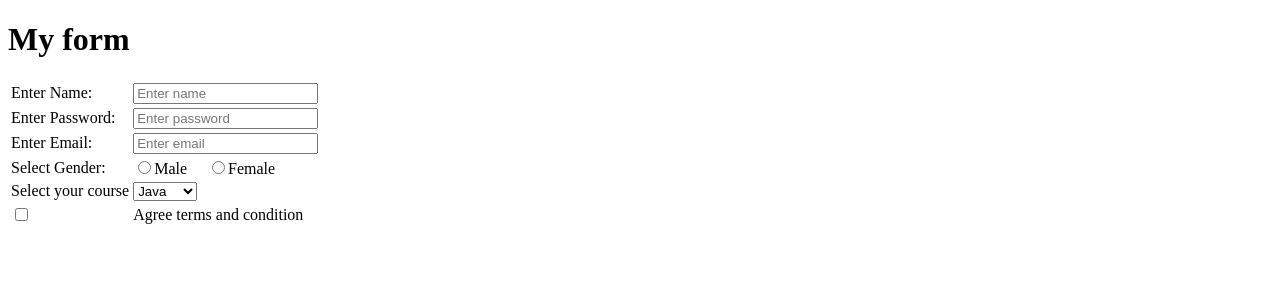
Repository: shitalshirole4044/Servlet-jsp
Page: http://localhost/test/
These files come from the project's save history. The page is drawn as it stood at one moment and after the next save; the edit follows.
The browser window is 1280 px wide. The pictures show the whole page.
The page is served by Tomcat 9. Other server files are loaded and not shown.

Above is the page before, as saved 2024-02-14 09:18:04.

### test/src/main/webapp/index.jsp
<%@ page language="java" contentType="text/html; charset=ISO-8859-1"
    pageEncoding="ISO-8859-1"%>
<!DOCTYPE html>
<html>
<head>
<meta charset="ISO-8859-1">
<title>Insert title here</title>
</head>
<body>
<div class="container">
<h1>My form</h1>
<form action="RegisteredServlet" method="post">
<table>
<tr>
<td>Enter Name:</td>
<td><input type="text" name="user_name" placeholder="Enter name"></td>
</tr>
<tr>
<td>Enter Password:</td>
<td><input type="password" name="password" placeholder="Enter password"></td>
</tr>
<tr>
<td>Enter Email:</td>
<td><input type="email" name="user_email" placeholder="Enter email"></td>
</tr>
<tr>
<td>Select Gender:</td>
<td><input type="radio" name="user_gender" value="male">Male &nbsp; &nbsp; <input type="radio" name="user_gender" value="female">Female</td>
</tr>
</tr>
<td>Select your course</td>
<td>
<select name="user_course">
<option value="Java">Java</option>
<option value="Cpp">Cpp</option>
<option value="C">C</option>
<option value="Python">Python</option>
</select>
</td>
</tr>
<tr>
<td><input type="checkbox" name="condition" value="checked"></td>
<td>Agree terms and condition</td>
</tr>

</table>
</form>
</div>
</body>
</html>

After the next save:
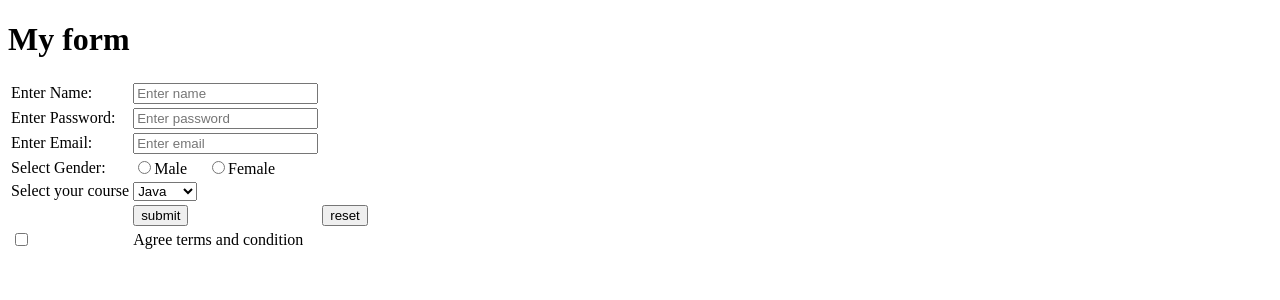
Saved 2 min 40 s later.
--- a/test/src/main/webapp/index.jsp
+++ b/test/src/main/webapp/index.jsp
@@ -39,6 +39,10 @@
 </td>
 </tr>
 <tr>
+<td></td>
+<td><input type="submit" name="submit_button" value="submit"></td>
+<td><input type="reset" name="reset_button" value="reset"></td>
+<tr>
 <td><input type="checkbox" name="condition" value="checked"></td>
 <td>Agree terms and condition</td>
 </tr>
